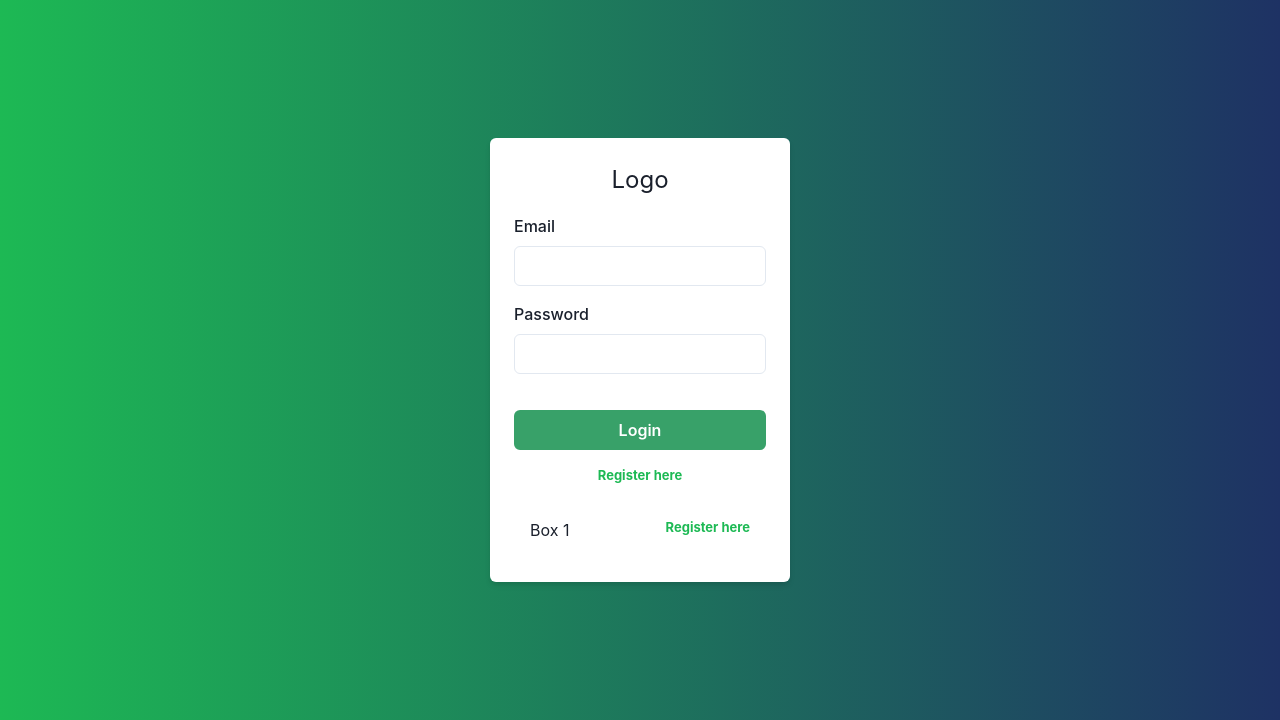
Repository: vbmn-cin-ufpe/todolist-front
Page: /
An editor plug-in stored every save of this project. The page is shown before and after the next save, followed by the edit.
The browser window is 1280 px wide. The pictures show the whole page.
The project was rebuilt for these pictures with package versions that can differ from the ones it lists, and the page was loaded fresh each time. Also part of the build but not shown: vite.config.ts, src/pages/RegisterPage.tsx, src/pages/HomePage.tsx.

Above is the page before, as saved 2024-07-23 03:37:03.

### src/main.tsx
import React from 'react'
import ReactDOM from 'react-dom/client'
import App from './App.tsx'
import { ChakraProvider } from '@chakra-ui/react';

ReactDOM.createRoot(document.getElementById('root')!).render(
  <React.StrictMode>
    <ChakraProvider>
      <App />
    </ChakraProvider>
  </React.StrictMode>,
)

### src/App.tsx

import { useState } from 'react';
import { BrowserRouter as Router, Route, Routes } from 'react-router-dom';
import LoginPage from './pages/LoginPage';
import RegisterPage from './pages/RegisterPage';
import HomePage from './pages/HomePage';


function App() {
  const [page, setPage] = useState('login');

  return (
    <>
      <Router>
      <Routes>
        <Route path="/" element={page === 'login' ? <LoginPage setPage={setPage} /> : <RegisterPage setPage={setPage} />} />
        <Route path="/home" element={<HomePage setPage={setPage} />} />
      </Routes>
    </Router>
    </>
  )
}

export default App

### src/pages/LoginPage.tsx
import { useState } from 'react';
import { Box, Button, Input, FormControl, FormLabel, VStack, Text, Flex,Spacer, useToast } from '@chakra-ui/react';
import axios from 'axios';

const LoginPage = ({ setPage }) => {
  const [email, setEmail] = useState('');
  const [password, setPassword] = useState('');
  const toast = useToast();

  const handleLogin = async () => {
    try {
      await axios.post('/api/login', { email, password });
      toast({ title: 'Logged in successfully', status: 'success' });
      setPage('home');
    } catch (error) {
      toast({ title: 'Login failed', status: 'error' });
    }
  };

  return (
    <Box
      display="flex"
      justifyContent="center"
      alignItems="center"
      height="100vh"
      bgGradient="linear(to-r, #1DB954, #1E3264)"
    >
      <Box
        width="300px"
        p="6"
        boxShadow="md"
        bg="white"
        borderRadius="md"
        textAlign="center"
      >
        <Text fontSize="2xl" mb="4">Logo</Text>
        <VStack spacing="4">
          <FormControl>
            <FormLabel>Email</FormLabel>
            <Input type="email" value={email} onChange={(e) => setEmail(e.target.value)} />
          </FormControl>
          <FormControl>
            <FormLabel>Password</FormLabel>
            <Input type="password" value={password} onChange={(e) => setPassword(e.target.value)} />
          </FormControl>
          <Button colorScheme="green" onClick={handleLogin} width="100%" mt="5">Login</Button>
          <Box>
            <Text fontSize="small" fontWeight="bold" color="#1DB954" cursor="pointer" onClick={() => setPage('register')}>
                Register here
            </Text>
          </Box>
          <Flex width="100%">
          <Box p='4' bg='white'>
              Box 1
          </Box>
          <Spacer />
          <Box p='4' bg='white'>
            <Text fontSize="small" fontWeight="bold" color="#1DB954" cursor="pointer" onClick={() => setPage('register')}>
                Register here
            </Text>
          </Box>
          </Flex>

        </VStack>
      </Box>
    </Box>
  );
};

export default LoginPage;

Loaded but not shown: index.html (common file)

After the next save:
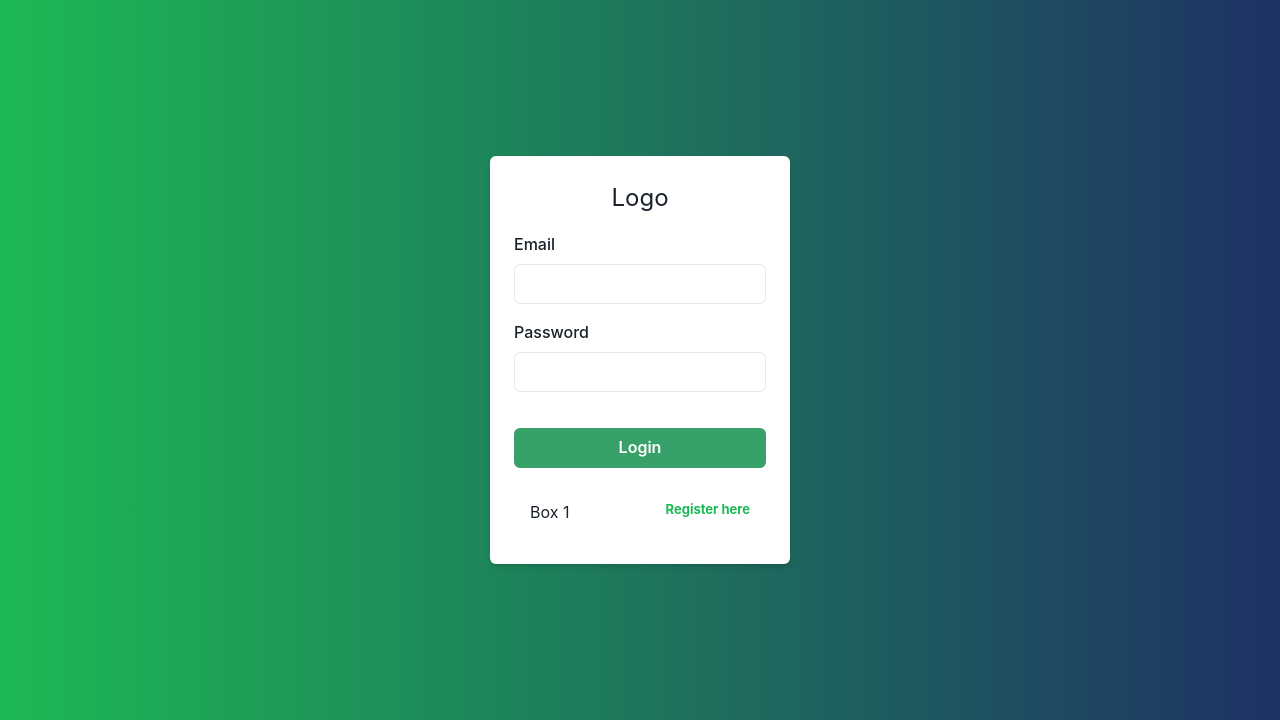
Saved 11 s later.
--- a/src/pages/LoginPage.tsx
+++ b/src/pages/LoginPage.tsx
@@ -44,11 +44,11 @@ const LoginPage = ({ setPage }) => {
             <Input type="password" value={password} onChange={(e) => setPassword(e.target.value)} />
           </FormControl>
           <Button colorScheme="green" onClick={handleLogin} width="100%" mt="5">Login</Button>
-          <Box>
+          {/* <Box>
             <Text fontSize="small" fontWeight="bold" color="#1DB954" cursor="pointer" onClick={() => setPage('register')}>
                 Register here
             </Text>
-          </Box>
+          </Box> */}
           <Flex width="100%">
           <Box p='4' bg='white'>
               Box 1
